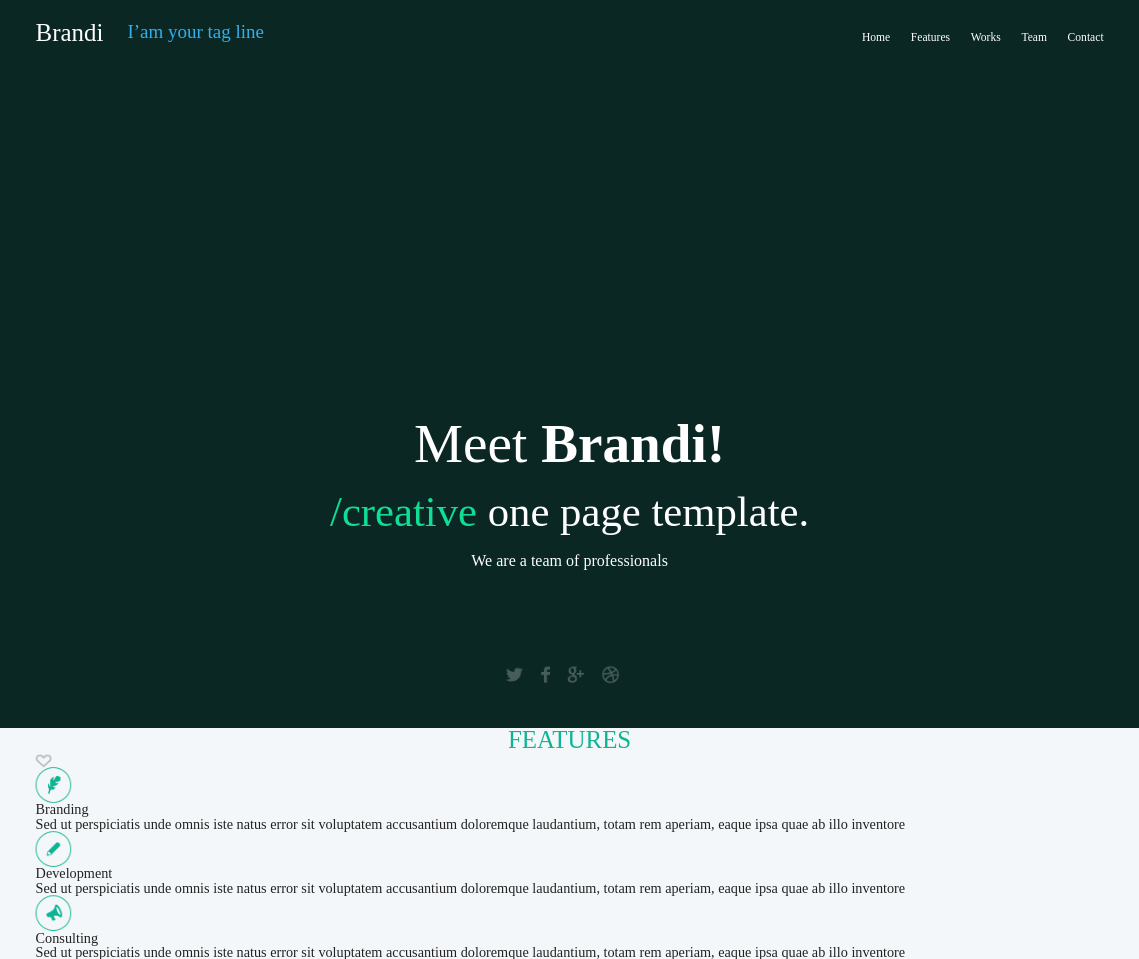
Repository: iravakilova/Brandi
Page: app/index.html
The author's editor kept a copy of each file at every save. The page is drawn from the files as they stood at one save, then again after the next save.
The browser window is 1280 px wide. The pictures show the whole page, at 89% of full size.

Above is the page before, as saved 2020-02-14 22:17:29.

### app/index.html
<!DOCTYPE html>
<html lang="en">
<head>
    <meta charset="UTF-8">
    <meta name="viewport" content="width=device-width, initial-scale=1.0">
    <title>BRANDI</title>
    <link rel="stylesheet" href="reset.css">
    <link rel="stylesheet" href="style.css">
</head>
<body>

    <!-- header -->

    <header class="header">
        <div class="container">
            <div class="header__inner">
                <div class="header__logo">
                    <p class="logo">Brandi</p>
                    <p class="logo-text">I’am your tag line</p>
                </div>

                <nav class="nav">
                    <a class="nav__link active" href="#">Home</a>
                    <a class="nav__link" href="#">Features</a>
                    <a class="nav__link" href="#">Works</a>
                    <a class="nav__link" href="#">Team</a>
                    <a class="nav__link" href="#">Contact</a>
                </nav>
            </div>
        </div>

        <div class="intro">
            <div class="container">
                <div class="intro__inner">
                    <h1 class="intro__title">Meet <span style="font-weight: bold;">Brandi! </span> </h1>
                    <h2 class="intro__suptitle"><span style="color:#0fde95;">/creative</span> one page template.</h2>
                    <span class="intro__descr">We are a team of professionals</span>
                </div>
                <div class="social">
                    <a class="social__link" href="#"><img src="./img/twitter.png" alt="twitter"></a>
                    <a class="social__link" href="#"><img src="./img/facebook.png" alt="facebook"></a>
                    <a class="social__link" href="#"><img src="./img/google.png" alt="google"></a>
                    <a class="social__link" href="#"><img src="./img/dribbble.png" alt="dribbble"></a>
                </div>
            </div>
        </div>
    </header>

    <!-- features -->

    <section class="features">
        <div class="container">
            <h3 class="unit-title">Features</h3>
            <img class="heart" src="./img/heart.png" alt="">
            <div class="features__inner">
                <div class="features__var">
                    <img class="features__image" src="./img/features-1.png" alt="">
                    <h4 class="features__title">Branding</h4>
                    <p class="features__descr">Sed ut perspiciatis unde omnis iste natus error sit voluptatem accusantium doloremque laudantium, totam rem aperiam, eaque ipsa quae ab illo inventore</p>
                </div>
                <div class="features__var">
                    <img class="features__image" src="./img/features-2.png" alt="">
                    <h4 class="features__titile">Development</h4>
                    <p class="features__descr">Sed ut perspiciatis unde omnis iste natus error sit voluptatem accusantium doloremque laudantium, totam rem aperiam, eaque ipsa quae ab illo inventore</p>
                </div>
                <div class="features__var">
                    <img class="features__image" src="./img/features-3.png" alt="">
                    <h4 class="features__titile">Consulting</h4>
                    <p class="features__descr">Sed ut perspiciatis unde omnis iste natus error sit voluptatem accusantium doloremque laudantium, totam rem aperiam, eaque ipsa quae ab illo inventore</p>
                </div>

            </div>
        </div>

    </section>


</body>
</html>

### app/style.css

.container {
    width: 100%;
    max-width: 1200px;
    margin: 0 auto;
}
.unit-title{
    font-family: "Pacifico-Regular", "AdobeInvisFont", "MyriadPro-Regular";
    font-size: 28px;
    color: rgba(14, 180, 147, 255);
    text-transform: uppercase;
    text-align: center;
}
/* header */

.header {
    width: 100%;
    font-family: "Pacifico-Regular", "AdobeInvisFont", "MyriadPro-Regular";
    background-color: #0a2724;
}
.header__inner {
    display: flex;
    justify-content: space-between;
    align-items: center;
    padding-bottom: 394px;
}
.header__logo{
    display: flex;
    justify-content: space-between;
    align-items: center;
    margin: 0;
}
.logo {
    color: #fff;

    font-size: 28px;
    margin-right: 27px;
}
.logo-text{
    font-size: 16pt;
    color: rgba(50, 176, 238, 255);
}
.nav {
    font-size: 13px;
    padding: 35px 0 25px;

}
.nav__link {
    display: inline-block;
    vertical-align: top;
    margin-left: 20px;
    color: #fff;
    text-decoration: none;
}
.intro{
    text-align: center;
}
.intro__inner{
    margin-bottom: 109px;
}
.intro__title{
    font-size: 62px;
    color: #fff;
    padding-bottom: 22px;
}
.intro__suptitle{
    font-size: 48px;
    color: #fff;
    padding-bottom: 22px;
}
.intro__descr{
    font-size: 18px;
    color: #fff;
    margin-bottom: 109px;
}
.social{
    padding-bottom: 50px;
}
.social__link img{
    opacity: 0.25;
    margin-right: 16px;
}
.social img:hover{
    opacity: 1;
}

/* features */

.features{
    width: 100%;
    background-color: #f4f7f9;
}

Loaded but not shown: app/reset.css (common file)

After the next save:
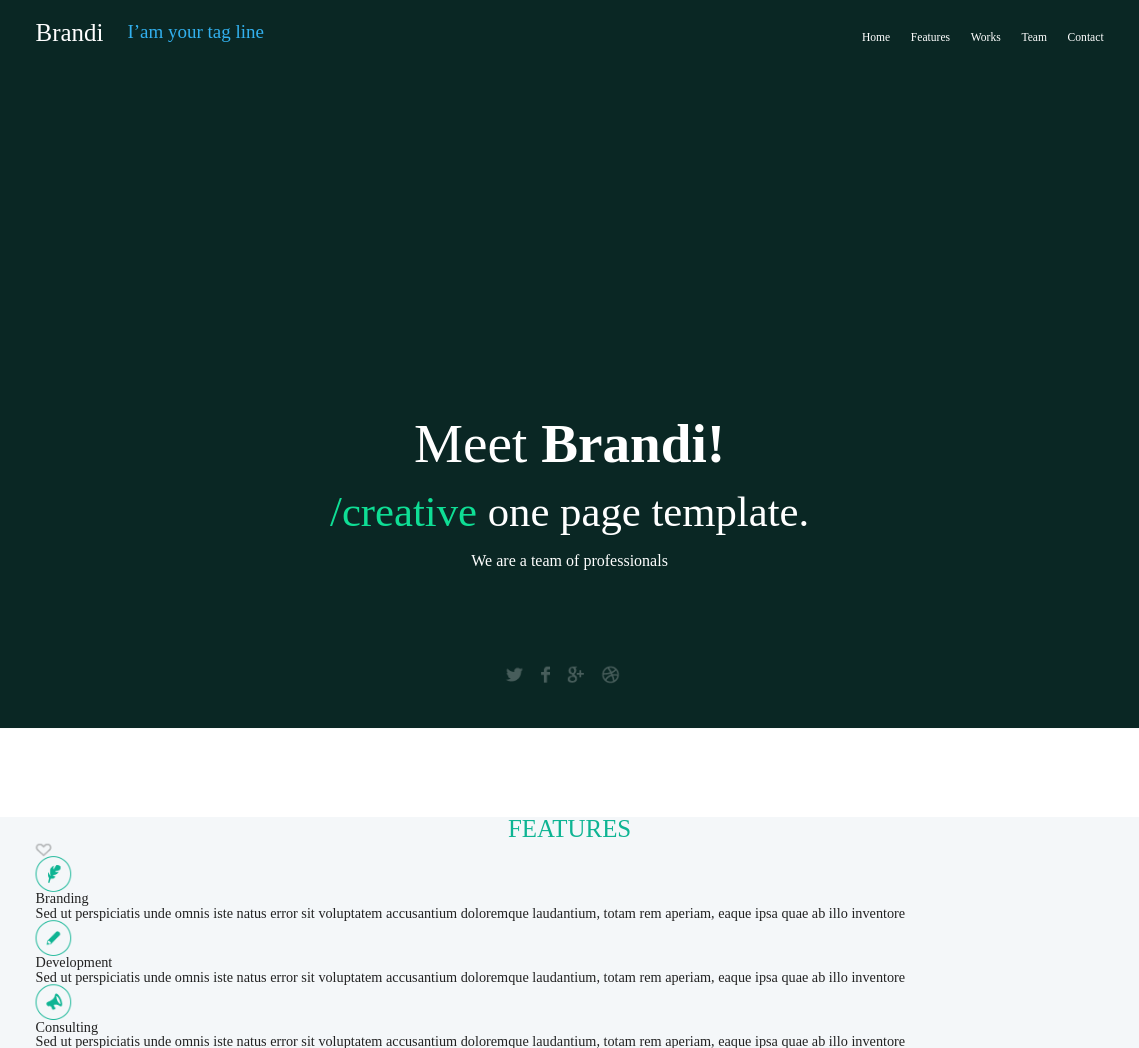
Saved 2 min 57 s later.
--- a/app/style.css
+++ b/app/style.css
@@ -10,6 +10,7 @@
     color: rgba(14, 180, 147, 255);
     text-transform: uppercase;
     text-align: center;
+    margin-top: 100px;
 }
 /* header */
 
